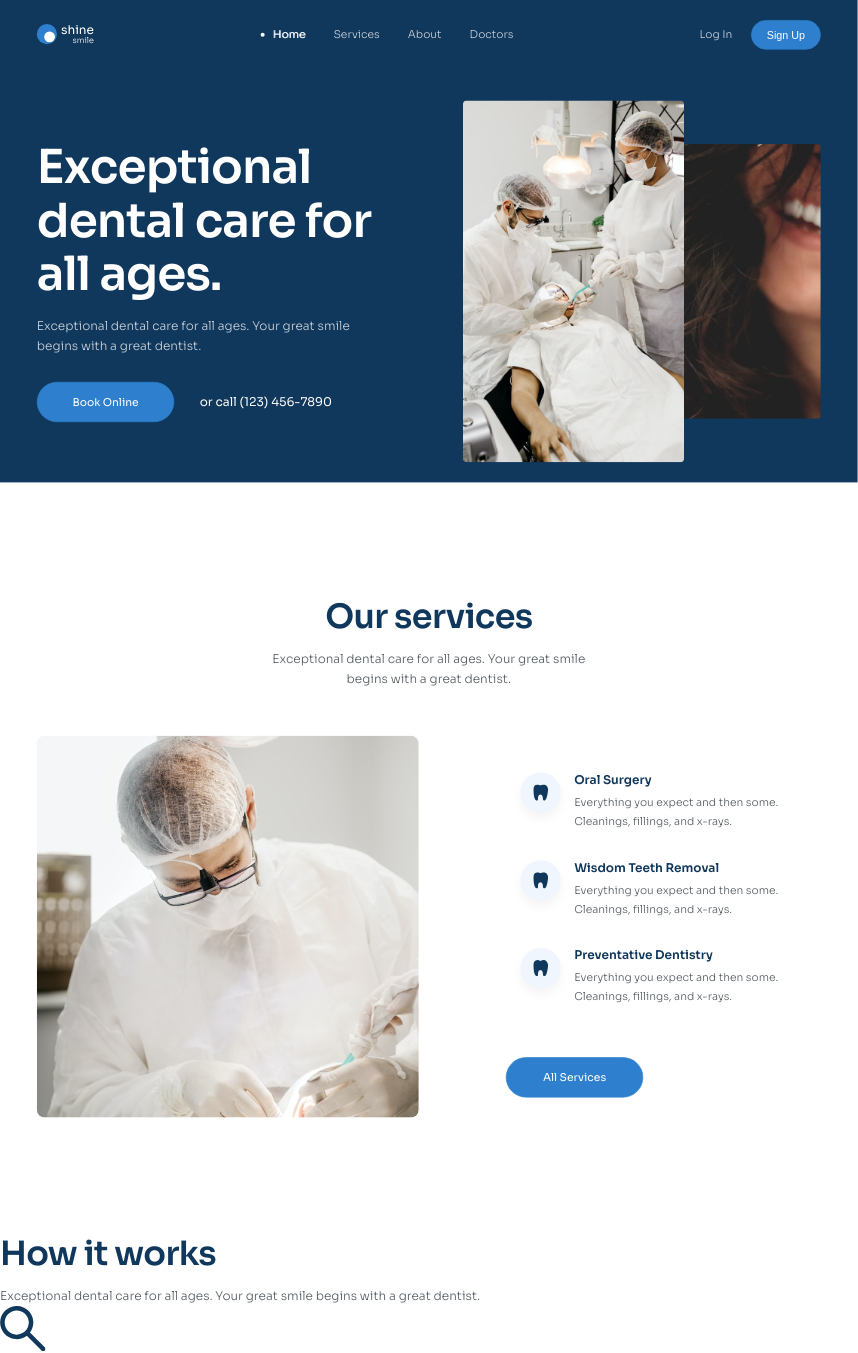
Repository: anhtien111198/f8-htmlcss-03
Page: index.html
These files come from the project's save history. The page is drawn as it stood at one moment and after the next save; the edit follows.
The browser window is 1280 px wide. The pictures show the whole page, at 67% of full size.

Above is the page before, as saved 2023-05-13 14:18:33.

After the next save:
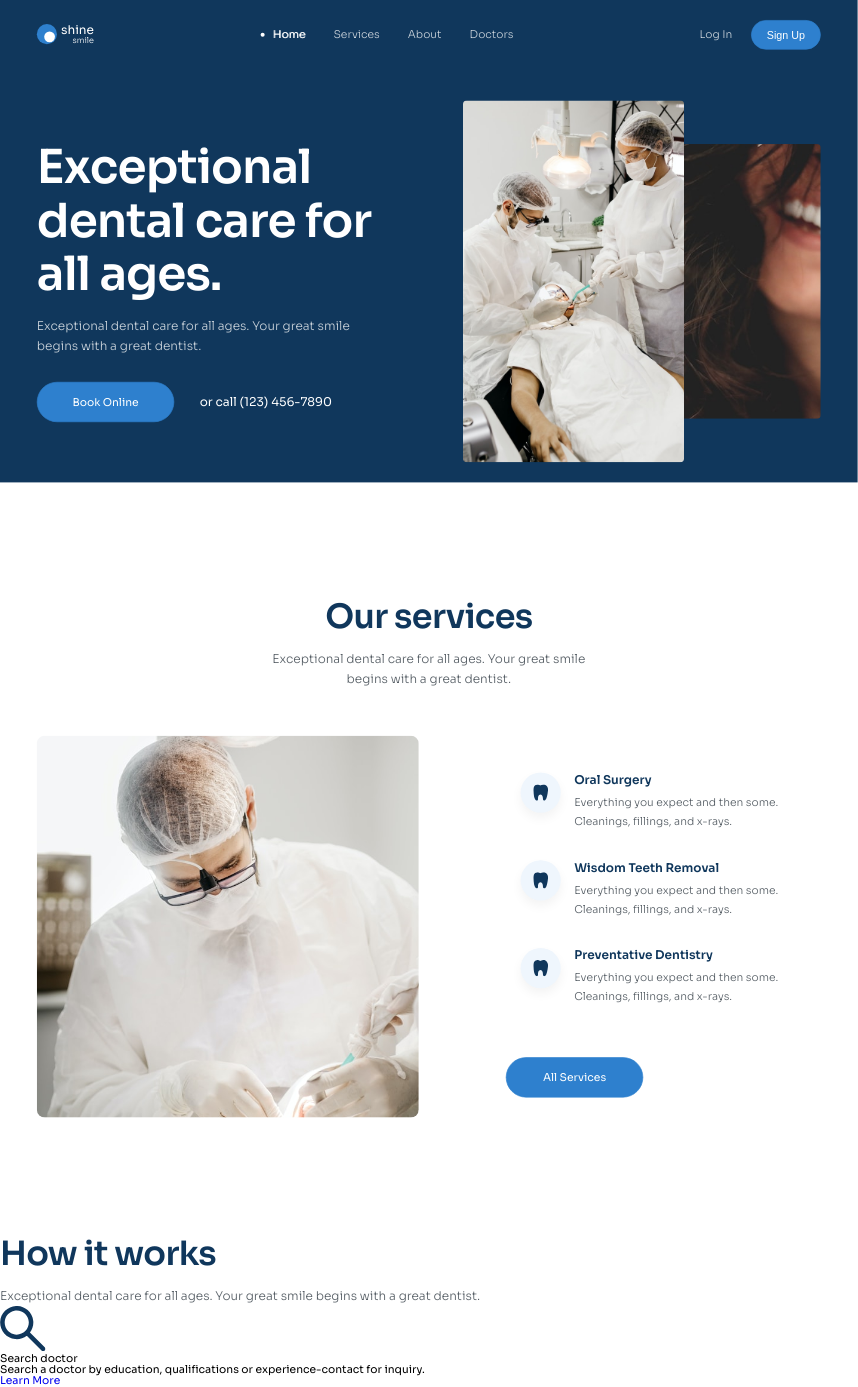
Saved 118 s later.
--- a/index.html
+++ b/index.html
@@ -297,6 +297,12 @@
                             alt=""
                             class="work-item__icon"
                         />
+                        <h3 class="work-item__heading">Search doctor</h3>
+                        <p class="work-item__desc">
+                            Search a doctor by education, qualifications or
+                            experience-contact for inquiry.
+                        </p>
+                        <a href="#!" class="work__more">Learn More</a>
                     </div>
                 </div>
             </section>
